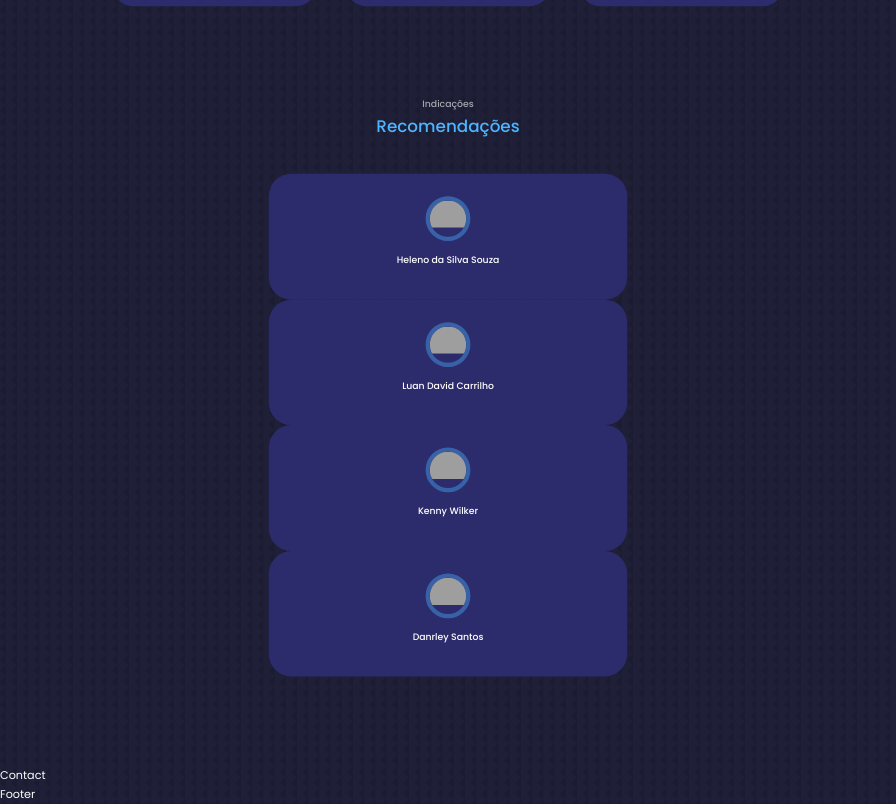
Repository: Mardoqueu/react-portfolio-website
Page: /
These files come from the project's save history. The page is drawn as it stood at one moment and after a run of saves; the edit follows.
The browser window is 1280 px wide. The pictures show the part of the page from y = 3385 to 5305 px (the page is 4534 px tall before and 5305 px after), at 70% of full size.
Pictures or frames that could not be fetched are drawn as grey boxes. The project was rebuilt for these pictures with package versions that can differ from the ones it lists, and the page was loaded fresh each time. Also part of the build but not shown: src/components/header/header.css, src/components/contact/contact.css, src/components/footer/footer.css.

Above is the page before, as saved 2022-10-24 11:21:26.

After the next 2 saves:
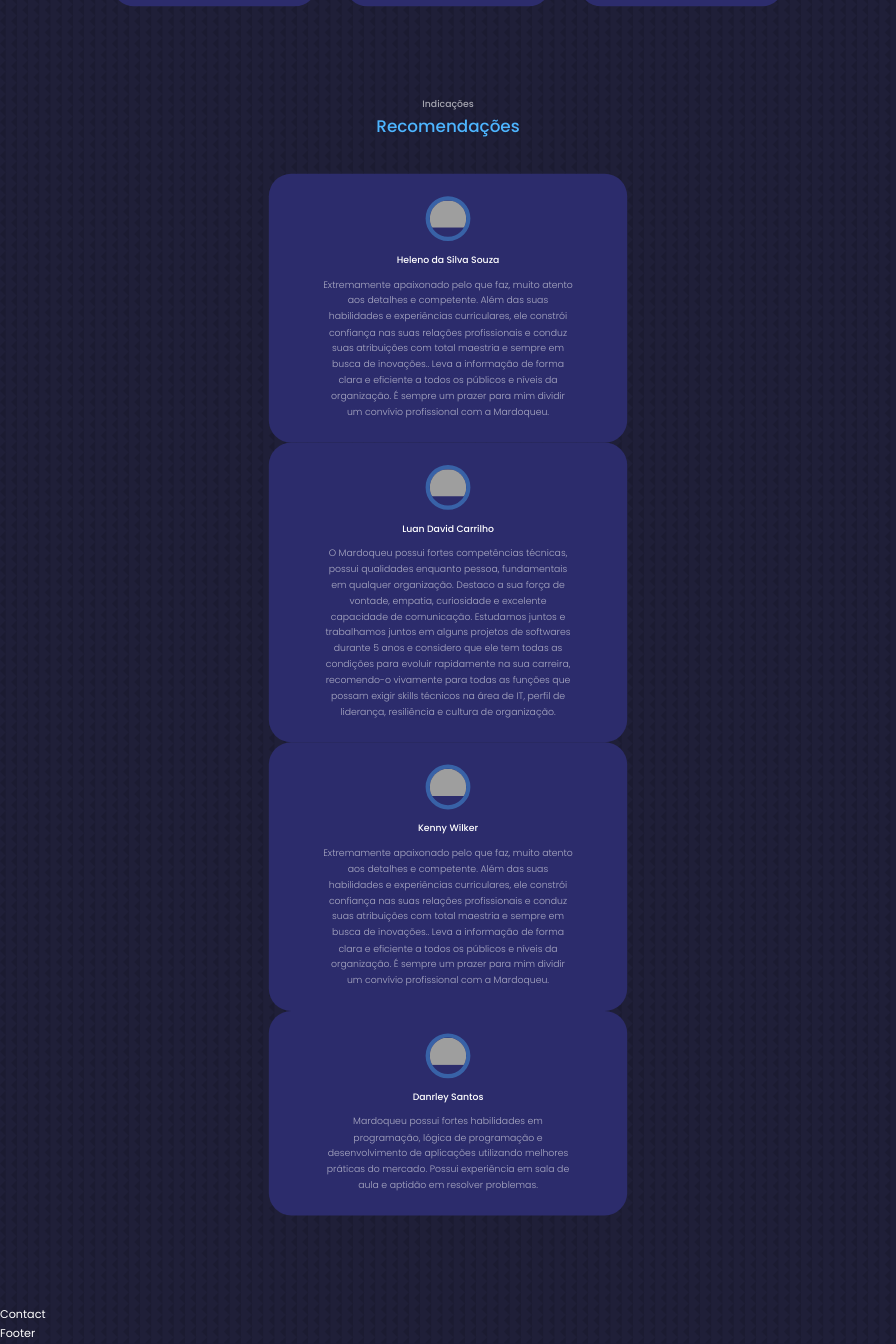
The 2 saves are shown as one change because they came seconds apart.
The last was saved 9 s later.
--- a/src/components/testimonials/Testimonials.jsx
+++ b/src/components/testimonials/Testimonials.jsx
@@ -45,8 +45,7 @@
             <img src={AVTR1} alt={name}/>
             </div>
             <h5 className='client__name'>{name}</h5>
-            <small className='client__review'>
-            </small>
+            <small className='client__review'>{review}</small>
           </article>)
             })
           }
